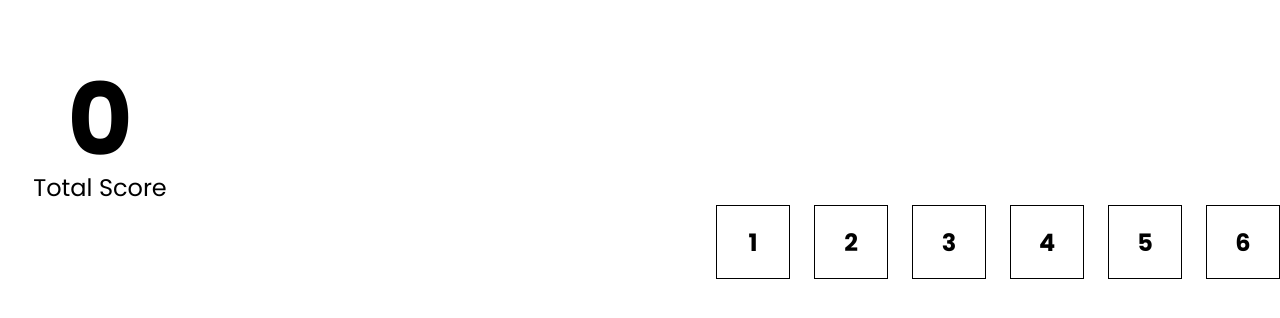
Repository: Wahid137/react-project-three
Page: /, after clicking the first element matching `button.sc-bRKDuR`
An editor plug-in stored every save of this project. The page is shown before and after the next save, followed by the edit.
The browser window is 1280 px wide. The pictures show the whole page.
The project was rebuilt for these pictures with package versions that can differ from the ones it lists, and the page was loaded fresh each time. Also part of the build but not shown: vite.config.js.

Above is the page before, as saved 2023-08-26 13:29:46.

### index.html
<!doctype html>
<html lang="en">
  <head>
    <meta charset="UTF-8" />
    <link rel="icon" type="image/svg+xml" href="/vite.svg" />
    <meta name="viewport" content="width=device-width, initial-scale=1.0" />
    <title>Dice Games</title>
  </head>
  <body>
    <div id="root"></div>
    <script type="module" src="/src/main.jsx"></script>
  </body>
</html>

### src/components/StartGame.jsx
import styled from "styled-components";
import dices from "../../public/images/dice/dices.png";
import { Button } from "../styled/Button";
const StartGame = ({ toggle }) => {
  return (
    <Container>
      <div>
        <img src={dices} alt="" />
      </div>
      <div className="content">
        <h1>Dice Game</h1>
        <div className="btn">
          <Button onClick={toggle}>Play Now</Button>
        </div>
      </div>
    </Container>
  );
};

export default StartGame;

const Container = styled.div`
  max-width: 1180px;
  height: 100vh;
  display: flex;
  margin: 0 auto;
  align-items: center;
  .content {
    h1 {
      font-size: 96px;
      white-space: nowrap;
    }
    .btn {
      text-align: end;
    }
  }
`;

### src/components/GamePlay.jsx
import { styled } from "styled-components";
import TotalScore from "./TotalScore";
import NumberSelector from "./NumberSelector";

const GamePlay = () => {
  return (
    <MainContainer>
      <div className="top-section">
        <TotalScore />
        <NumberSelector />
      </div>
    </MainContainer>
  );
};

export default GamePlay;

const MainContainer = styled.main`
  padding-top: 70px;
  .top_section {
    display: flex;
    justify-content: space-around;
  }
`;

### src/styled/Button.js



import styled from "styled-components";

export const Button = styled.button`
  color: white;
  padding: 10px 18px;
  background: #000000;
  border-radius: 5px;
  min-width: 220px;
  border: none;
  font-size: 16px;
  border: 1px solid transparent;
  cursor: pointer;
  transition: 0.3s ease-in;
  &:hover {
    background-color: white;
    border: 1px solid black;
    color: black;
    transition: 0.4s ease-in;
  }
`;
export const OutlineButton = styled(Button)`
  background-color: white;
  border: 1px solid black;
  color: black;
  &:hover {
    background-color: black;
    border: 1px solid transparent;
    color: white;
  }
`;

### src/components/TotalScore.jsx
import { styled } from "styled-components";

const TotalScore = () => {
  return (
    <ScoreContainer>
      <h1>0</h1>
      <p>Total Score</p>
    </ScoreContainer>
  );
};

export default TotalScore;

const ScoreContainer = styled.div`
  max-width: 200px;
  text-align: center;
  h1 {
    font-size: 100px;
    line-height: 100px;
  }
  p {
    font-size: 24px;
    font-weight: 500px;
  }
`;

### src/components/NumberSelector.jsx
import { styled } from "styled-components";

const NumberSelector = ({
  setError,
  error,
  selectedNumber,
  setSelectedNumber,
}) => {
  const arrNumber = [1, 2, 3, 4, 5, 6];

  const numberSelectorHandler = (value) => {
    setSelectedNumber(value);
  };

  return (
    <NumberSelectorContainer>
      <p className="error">{error}</p>
      <div className="flex">
        {arrNumber.map((value, i) => (
          <Box
            key={i}
            isSelected={value === selectedNumber}
            onClick={() => numberSelectorHandler(value)}
          >
            {value}
          </Box>
        ))}
      </div>
    </NumberSelectorContainer>
  );
};

export default NumberSelector;

const NumberSelectorContainer = styled.div`
  display: flex;
  flex-direction: column;
  align-items: end;
  .flex {
    display: flex;
    gap: 24px;
  }
  p {
    font-size: 24px;
    font-weight: 700px;
  }
  .error {
    color: red;
  }
`;

const Box = styled.div`
  height: 72px;
  width: 72px;
  border: 1px solid black;
  display: grid;
  place-items: center;
  font-size: 24px;
  font-weight: 700;
  background-color: ${(props) => (props.isSelected ? "black" : "white")};
  color: ${(props) => (!props.isSelected ? "black" : "white")};
`;

Loaded but not shown: src/main.jsx (common file); src/App.jsx (common file); src/index.css (common file)

After the next save:
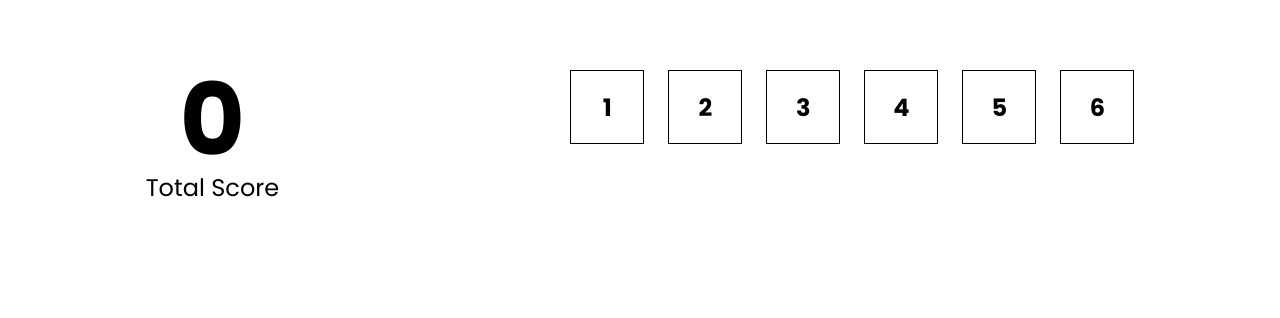
Saved 86 s later.
--- a/src/components/GamePlay.jsx
+++ b/src/components/GamePlay.jsx
@@ -17,7 +17,7 @@
 
 const MainContainer = styled.main`
   padding-top: 70px;
-  .top_section {
+  .top-section {
     display: flex;
     justify-content: space-around;
   }
